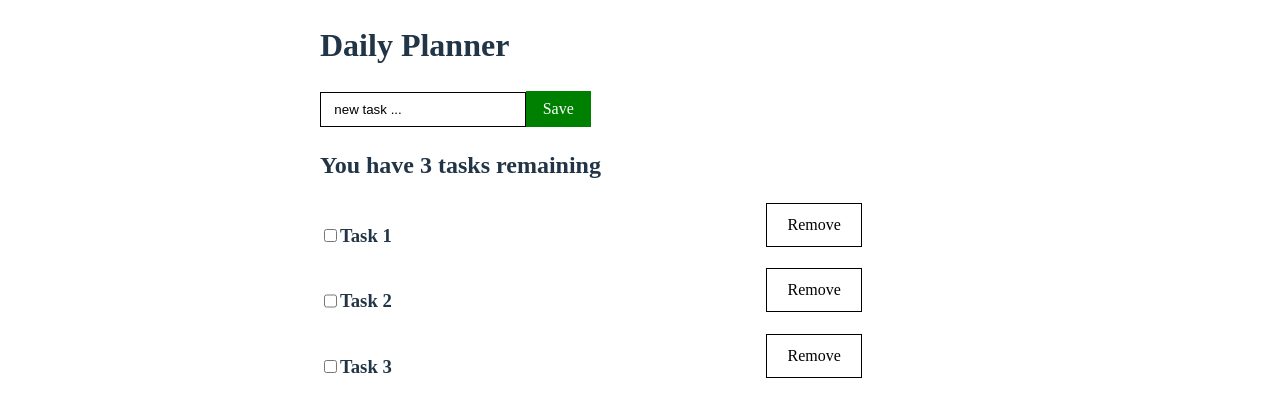
Repository: SamanthaYan298/my_planner
Page: /
The author's editor kept a copy of each file at every save. The page is drawn from the files as they stood at one save, then again after the next save.
The browser window is 1280 px wide. The pictures show the whole page.
The project was rebuilt for these pictures with package versions that can differ from the ones it lists, and the page was loaded fresh each time. Also part of the build but not shown: vite.config.js.

Above is the page before, as saved 2024-10-07 17:23:33.

After the next save:
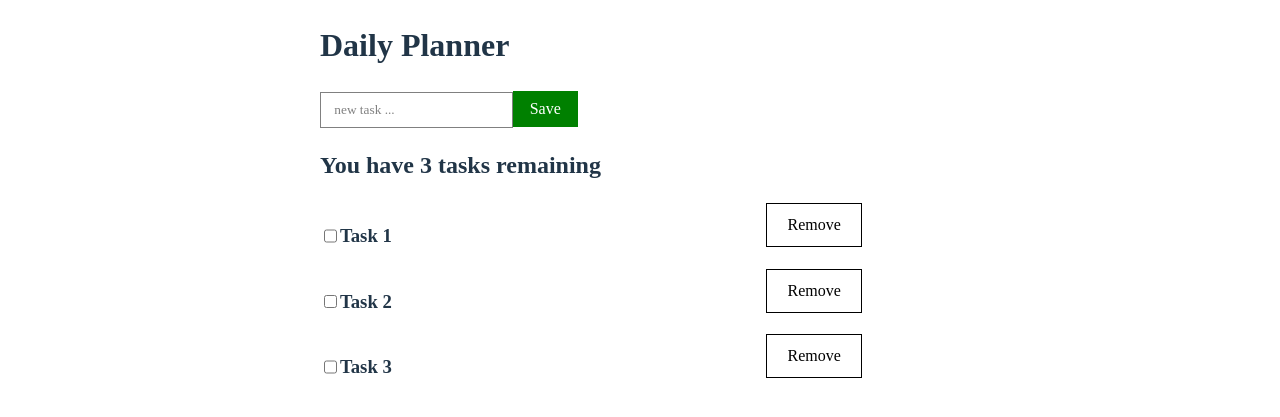
Saved 22 s later.
--- a/src/App.css
+++ b/src/App.css
@@ -37,7 +37,9 @@
 .form-input {
   padding: 0.5em 1em;
   border: 1px solid;
-  height: 1.5em
+  height: 1.5em;
+  font-family: "Playfair Display", serif;
+  color: grey;
 }
 
 div h3 {
